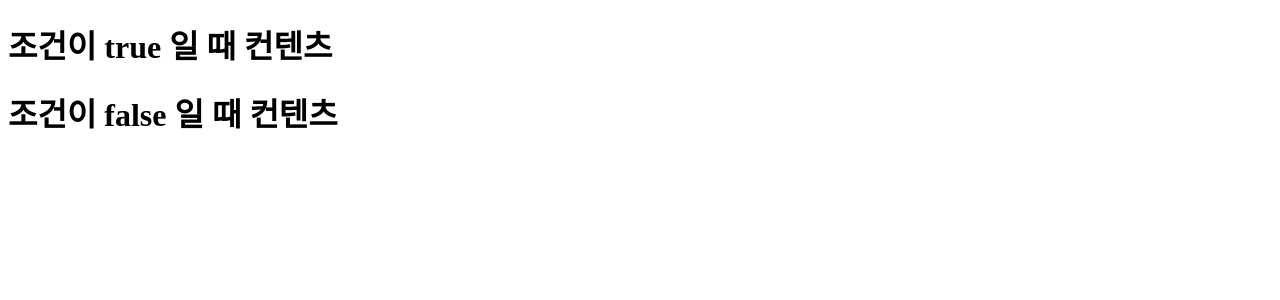
Repository: JJinBBangg/JSP
Page: http://localhost/jsp/ch12/lecture/01if/04if.jsp
The author's editor kept a copy of each file at every save. The page is drawn from the files as they stood at one save, then again after the next save.
The browser window is 1280 px wide. The pictures show the whole page.
The page is served by Tomcat 9.

Above is the page before, as saved 2023-04-05 00:45:29.

After the next save:
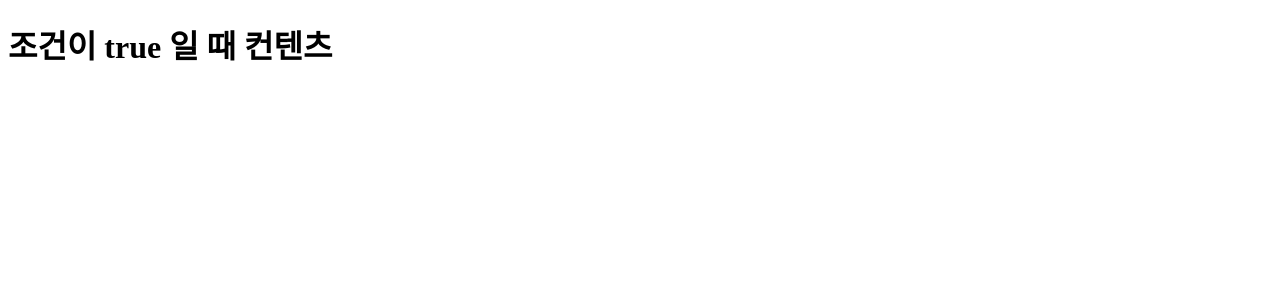
Saved 66 s later.
--- a/jsp/src/main/webapp/ch12/lecture/01if/04if.jsp
+++ b/jsp/src/main/webapp/ch12/lecture/01if/04if.jsp
@@ -9,10 +9,11 @@
 <title>Insert title here</title>
 </head>
 <body>
-	<c:if test="true">
+	<c:if test="true" var="myTest">
 	<h1>조건이 true 일 때 컨텐츠</h1>
 	</c:if>
-	<c:if test="true">
+
+	<c:if test="${!myTest}">
 	<h1>조건이 false 일 때 컨텐츠</h1>
 	</c:if>
 </body>
